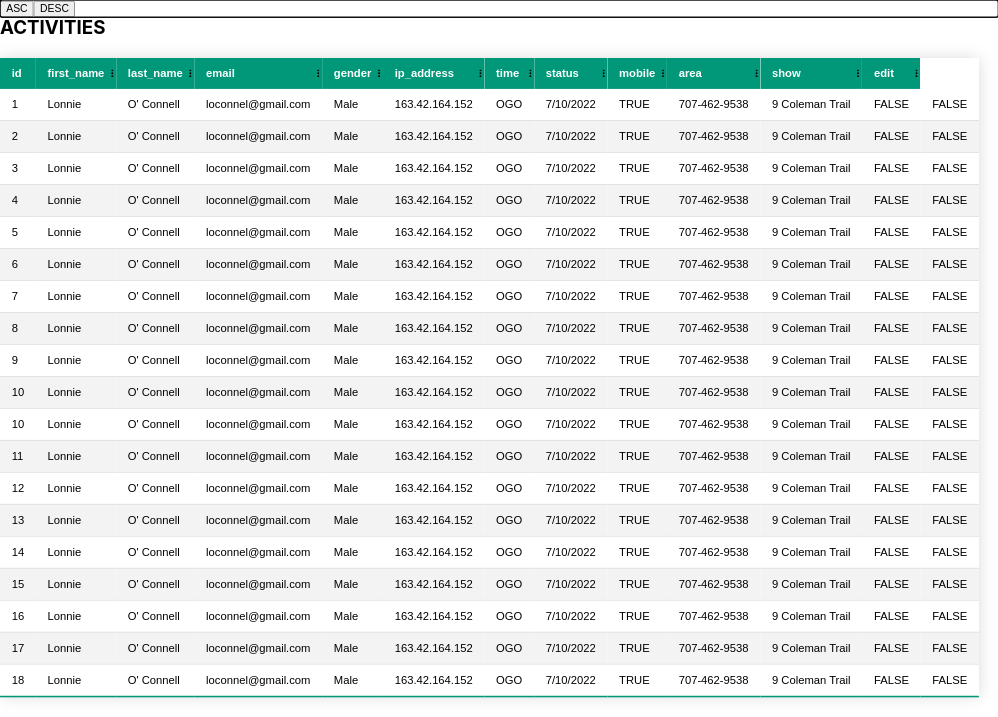
Repository: kartik077-cr7/Ckart
Page: /, after clicking the first element matching `img`
The author's editor kept a copy of each file at every save. The page is drawn from the files as they stood at one save, then again after the next save.
The browser window is 1280 px wide. The pictures show the whole page, at 78% of full size.
The project was rebuilt for these pictures with package versions that can differ from the ones it lists, and the page was loaded fresh each time.

Above is the page before, as saved 2022-12-10 17:37:24.

### src/App.js
import Table from "./components/Table";
import './App.css';

const driversData = [
  {
    id: 1,
    first_name: "Lonnie",
		last_name: "O' Connell ",
		email: "loconnel@gmail.com",
		gender: "Male",
		ip_address: "163.42.164.152",
		airport_code:"OGO",
		time:"7/10/2022",
		status:"TRUE",
		mobile:"707-462-9538",
		area: "9 Coleman Trail",
		show: "FALSE",
		edit: "FALSE"
  },
  {
    id: 2,
    first_name: "Lonnie",
		last_name: "O' Connell ",
		email: "loconnel@gmail.com",
		gender: "Male",
		ip_address: "163.42.164.152",
		airport_code:"OGO",
		time:"7/10/2022",
		status:"TRUE",
		mobile:"707-462-9538",
		area: "9 Coleman Trail",
		show: "FALSE",
		edit: "FALSE"
  },
  {
    id: 3,
    first_name: "Lonnie",
		last_name: "O' Connell ",
		email: "loconnel@gmail.com",
		gender: "Male",
		ip_address: "163.42.164.152",
		airport_code:"OGO",
		time:"7/10/2022",
		status:"TRUE",
		mobile:"707-462-9538",
		area: "9 Coleman Trail",
		show: "FALSE",
		edit: "FALSE"
  },
  {
    id: 4,
    first_name: "Lonnie",
		last_name: "O' Connell ",
		email: "loconnel@gmail.com",
		gender: "Male",
		ip_address: "163.42.164.152",
		airport_code:"OGO",
		time:"7/10/2022",
		status:"TRUE",
		mobile:"707-462-9538",
		area: "9 Coleman Trail",
		show: "FALSE",
		edit: "FALSE"
  },
  {
    id: 5,
		first_name: "Lonnie",
		last_name: "O' Connell ",
		email: "loconnel@gmail.com",
		gender: "Male",
		ip_address: "163.42.164.152",
		airport_code:"OGO",
		time:"7/10/2022",
		status:"TRUE",
		mobile:"707-462-9538",
		area: "9 Coleman Trail",
		show: "FALSE",
		edit: "FALSE"
  },
  {
    id: 6,
		first_name: "Lonnie",
		last_name: "O' Connell ",
		email: "loconnel@gmail.com",
		gender: "Male",
		ip_address: "163.42.164.152",
		airport_code:"OGO",
		time:"7/10/2022",
		status:"TRUE",
		mobile:"707-462-9538",
		area: "9 Coleman Trail",
		show: "FALSE",
		edit: "FALSE"
  },
  {
    id: 7,
		first_name: "Lonnie",
		last_name: "O' Connell ",
		email: "loconnel@gmail.com",
		gender: "Male",
		ip_address: "163.42.164.152",
		airport_code:"OGO",
		time:"7/10/2022",
		status:"TRUE",
		mobile:"707-462-9538",
		area: "9 Coleman Trail",
		show: "FALSE",
		edit: "FALSE"
  },
  {
    id: 8,
		first_name: "Lonnie",
		last_name: "O' Connell ",
		email: "loconnel@gmail.com",
		gender: "Male",
		ip_address: "163.42.164.152",
		airport_code:"OGO",
		time:"7/10/2022",
		status:"TRUE",
		mobile:"707-462-9538",
		area: "9 Coleman Trail",
		show: "FALSE",
		edit: "FALSE"
  },
  {
    id: 9,
		first_name: "Lonnie",
		last_name: "O' Connell ",
		email: "loconnel@gmail.com",
		gender: "Male",
		ip_address: "163.42.164.152",
		airport_code:"OGO",
		time:"7/10/2022",
		status:"TRUE",
		mobile:"707-462-9538",
		area: "9 Coleman Trail",
		show: "FALSE",
		edit: "FALSE"
  },
  {
    id: 10,
    first_name: "Lonnie",
		last_name: "O' Connell ",
		email: "loconnel@gmail.com",
		gender: "Male",
		ip_address: "163.42.164.152",
		airport_code:"OGO",
		time:"7/10/2022",
		status:"TRUE",
		mobile:"707-462-9538",
		area: "9 Coleman Trail",
		show: "FALSE",
		edit: "FALSE"
  },
  {
    id: 10,
		first_name: "Lonnie",
		last_name: "O' Connell ",
		email: "loconnel@gmail.com",
		gender: "Male",
		ip_address: "163.42.164.152",
		airport_code:"OGO",
		time:"7/10/2022",
		status:"TRUE",
		mobile:"707-462-9538",
		area: "9 Coleman Trail",
		show: "FALSE",
		edit: "FALSE"

  },
  {
    id: 11,
    first_name: "Lonnie",
		last_name: "O' Connell ",
		email: "loconnel@gmail.com",
		gender: "Male",
		ip_address: "163.42.164.152",
		airport_code:"OGO",
		time:"7/10/2022",
		status:"TRUE",
		mobile:"707-462-9538",
		area: "9 Coleman Trail",
		show: "FALSE",
		edit: "FALSE"
  },
  {
    id: 12,
    first_name: "Lonnie",
		last_name: "O' Connell ",
		email: "loconnel@gmail.com",
		gender: "Male",
		ip_address: "163.42.164.152",
		airport_code:"OGO",
		time:"7/10/2022",
		status:"TRUE",
		mobile:"707-462-9538",
		area: "9 Coleman Trail",
		show: "FALSE",
		edit: "FALSE"
  },
  {
    id: 13,
		first_name: "Lonnie",
		last_name: "O' Connell ",
		email: "loconnel@gmail.com",
		gender: "Male",
		ip_address: "163.42.164.152",
		airport_code:"OGO",
		time:"7/10/2022",
		status:"TRUE",
		mobile:"707-462-9538",
		area: "9 Coleman Trail",
		show: "FALSE",
		edit: "FALSE"
  },
  {
    id: 14,
		first_name: "Lonnie",
		last_name: "O' Connell ",
		email: "loconnel@gmail.com",
		gender: "Male",
		ip_address: "163.42.164.152",
		airport_code:"OGO",
		time:"7/10/2022",
		status:"TRUE",
		mobile:"707-462-9538",
		area: "9 Coleman Trail",
		show: "FALSE",
		edit: "FALSE"
  },
  {
    id: 15,
		first_name: "Lonnie",
		last_name: "O' Connell ",
		email: "loconnel@gmail.com",
		gender: "Male",
		ip_address: "163.42.164.152",
		airport_code:"OGO",
		time:"7/10/2022",
		status:"TRUE",
		mobile:"707-462-9538",
		area: "9 Coleman Trail",
		show: "FALSE",
		edit: "FALSE"
  },
  {
    id: 16,
		first_name: "Lonnie",
		last_name: "O' Connell ",
		email: "loconnel@gmail.com",
		gender: "Male",
		ip_address: "163.42.164.152",
		airport_code:"OGO",
		time:"7/10/2022",
		status:"TRUE",
		mobile:"707-462-9538",
		area: "9 Coleman Trail",
		show: "FALSE",
		edit: "FALSE"
  },
  {
    id: 17,
		first_name: "Lonnie",
		last_name: "O' Connell ",
		email: "loconnel@gmail.com",
		gender: "Male",
		ip_address: "163.42.164.152",
		airport_code:"OGO",
		time:"7/10/2022",
		status:"TRUE",
		mobile:"707-462-9538",
		area: "9 Coleman Trail",
		show: "FALSE",
		edit: "FALSE"
  },
  {
    id: 18,
		first_name: "Lonnie",
		last_name: "O' Connell ",
		email: "loconnel@gmail.com",
		gender: "Male",
		ip_address: "163.42.164.152",
		airport_code:"OGO",
		time:"7/10/2022",
		status:"TRUE",
		mobile:"707-462-9538",
		area: "9 Coleman Trail",
		show: "FALSE",
		edit: "FALSE"
  },
];


function App() {
  return (
    <div className="App">
			<Table
			   data = {driversData}
			   headingColumns={["id","first_name","last_name","email","gender","ip_address","time","status","mobile","area","show","edit"]}
				 title = "Activities"
			/>
    </div>
  );
}

export default App;

### src/components/Table.js
import React from "react";
import Column from "./Column";

const Table = ({ data,headingColumns,title,handleFilter,sortedCol }) => {

	const rowDatas = data.map((row,index) => {

		let rowData = [];
		let i = 0;

		for(const key in row){
			rowData.push({
				key: headingColumns[i],
				val: row[key]
			});
			i++;
		}

		const checkStatus = (data) => {
			if(data.key == 'status')
			{
				if(data.val == 'FALSE')
				  return 'red';
				else
				  return 'green';
			}
			else
			  return '';
		}

		return <tr key={index}>
		{rowData.map((data, index) => <td key={index} className={checkStatus(data)}  data-heading={data.key}>{data.val}</td>)}
	  </tr>
	})

	return (
		<div className="table-container">
			<div className="table-title">
				<h2>{title.toUpperCase()}</h2>
			</div>
			<table className="table-class">
				<thead>
					<tr>
						{headingColumns.map((col,index) => (
							<Column sortedCol={sortedCol} handleFilter={handleFilter} key={index} column_name={col} index={index}/>
						))}
					</tr>
				</thead>
				<tbody>
					{rowDatas}
				</tbody>
			</table>
		</div>
	)
}

export default Table;

### src/App.css
.table-class{
	border-collapse: collapse;
	margin: 25px 0;
	font-size: 0.9em;
	font-family: sans-serif;
	min-width: 400px;
	box-shadow: 0 0 20px rgba(0, 0, 0, 0.15);
}

.table-class thead tr {
	background-color: #009879;
	color: #ffffff;
	text-align: left;
}

.table-class th,
.table-class td {
    padding: 12px 15px;
}

.table-class tbody tr {
	border-bottom: 1px solid #dddddd;
}

.table-class tbody tr:nth-of-type(even) {
	background-color: #f3f3f3;
}

.table-class tbody tr:last-of-type {
	border-bottom: 2px solid #009879;
}

.table-class tbody tr.active-row {
	font-weight: bold;
	color: #009879;
}

### src/components/Column.js
import React from 'react';
import { Modal } from '@mui/material';
import { Box } from '@mui/material';
import { useState } from 'react';
import Dots from "../svg/vertical_dot.svg";

const Column = ({column_name,index}) => {

	const [open, setOpen] = useState(false);

	const handleOpen = () => {
		console.log("opening modal ");
		setOpen(true);
	};

	const handleClose = () => {
    setOpen(false);
	};

	return (
		<th key = {index} style={{position:"relative"}}>
			{column_name}
			<Modal
			        hideBackdrop
							open={open}
							onClose={handleClose}
							aria-labelledby="child-modal-title"
							aria-describedby="child-modal-description"
			>
				<Box>
					<button>ASC</button>
					<button>DESC</button>
				</Box>
			</Modal>
			{ index != 0 && <img
			  onClick = {handleOpen}
				src = {Dots}
				style={{
					width: "10px",
					height: "10px",
					top: "15px",
					right: "0px",
					position: "absolute",
					cursor: "pointer",
				}}
			 />
			}
		</th>
	)
};

export default Column;

Loaded but not shown: public/index.html (common file); src/index.js (common file); src/index.css (common file); src/reportWebVitals.js (common file)

After the next save:
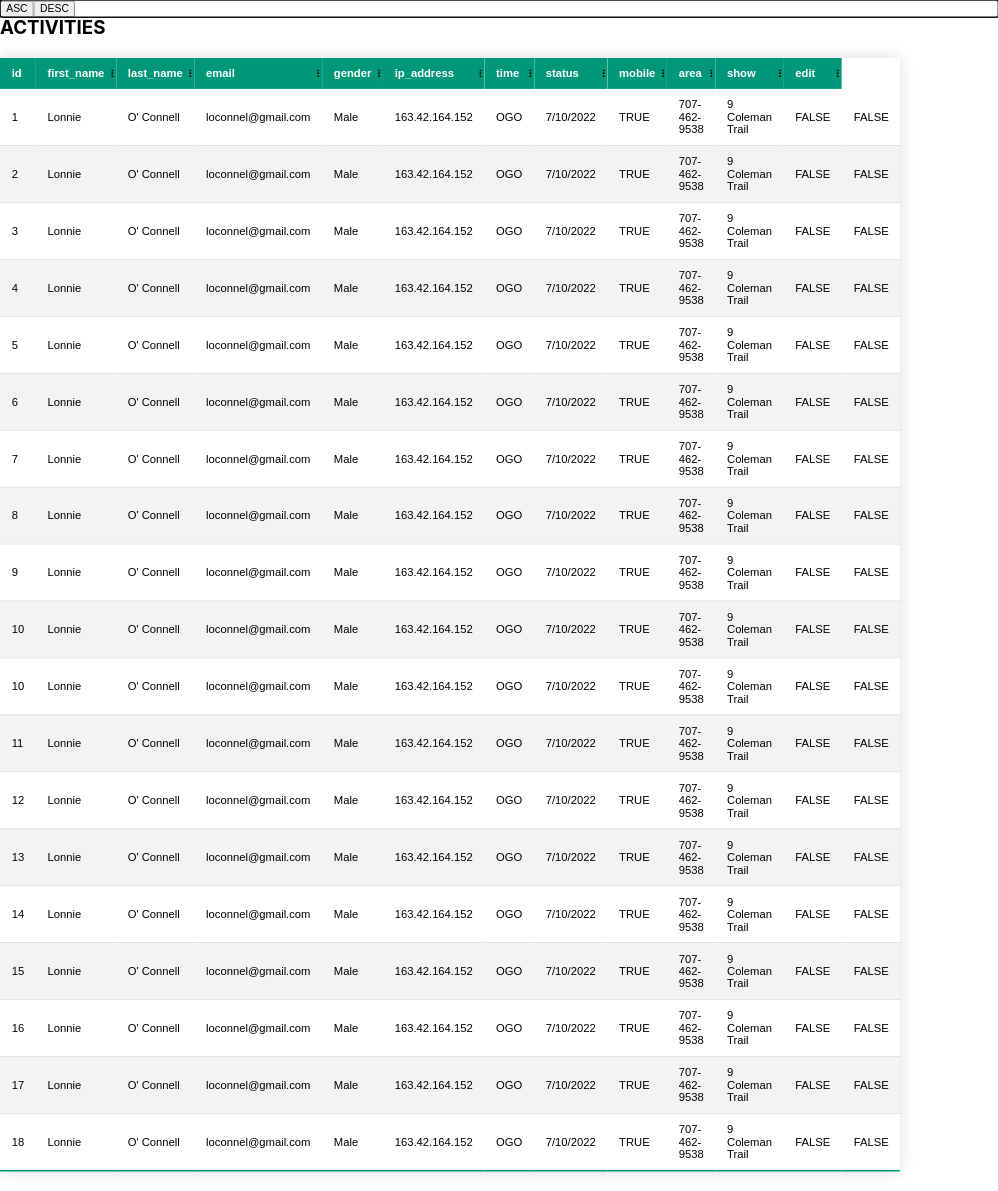
Saved 2 min 6 s later.
--- a/src/App.css
+++ b/src/App.css
@@ -1,3 +1,6 @@
+.table-container{
+	width: 100vh;
+}
 .table-class{
 	border-collapse: collapse;
 	margin: 25px 0;

After the save that followed:
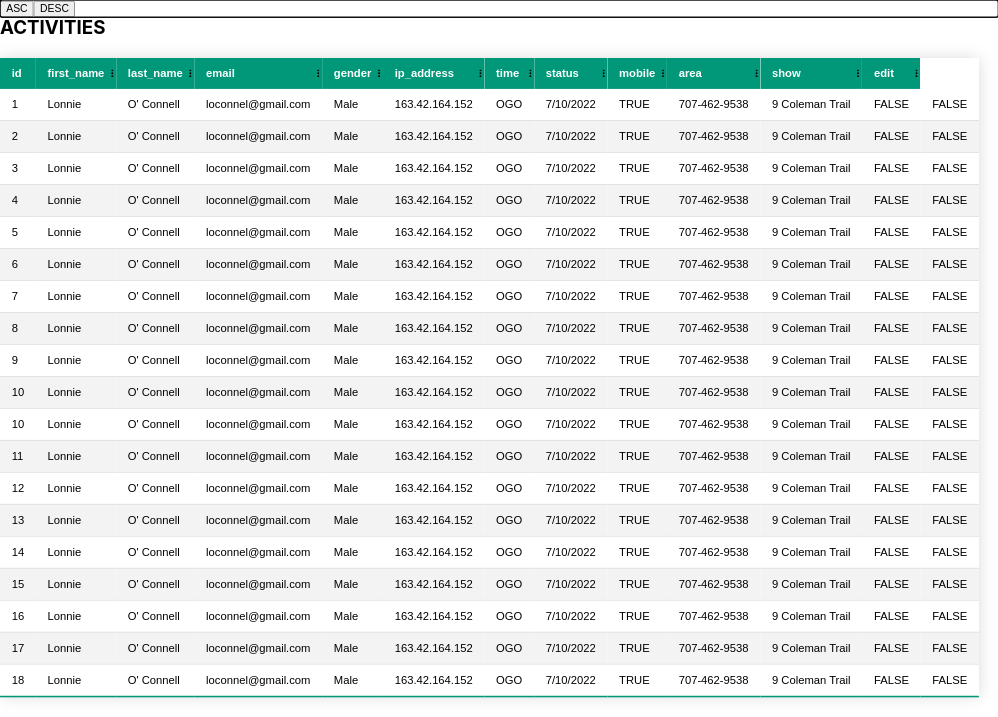
Saved 41 s later.
--- a/src/App.css
+++ b/src/App.css
@@ -1,5 +1,5 @@
 .table-container{
-	width: 100vh;
+	width: 100%;
 }
 .table-class{
 	border-collapse: collapse;
